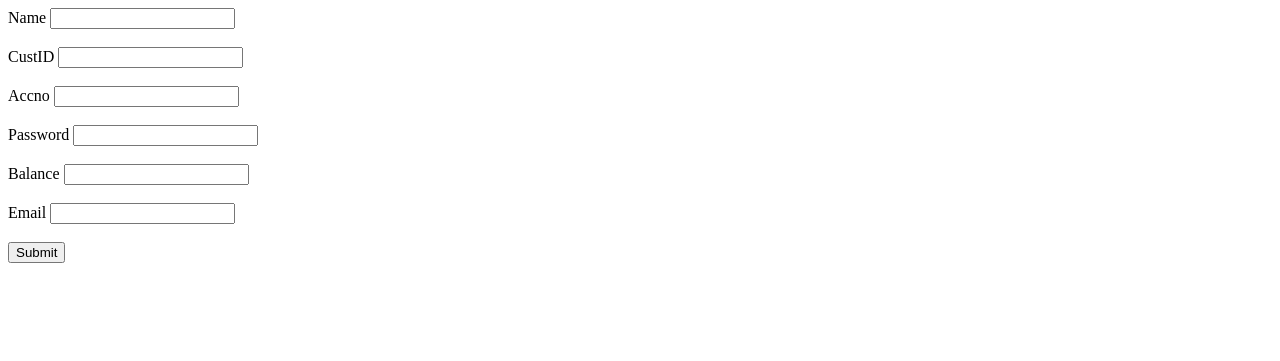
Repository: KGDarshan/BankApplication
Page: CaravanBanking/WebContent/Register.html
The author's editor kept a copy of each file at every save. The page is drawn from the files as they stood at one save, then again after the next save.
The browser window is 1280 px wide. The pictures show the whole page.

Above is the page before, as saved 2020-10-09 03:09:42.

### CaravanBanking/WebContent/Register.html
<!DOCTYPE html>
<html>
<head>
<meta charset="ISO-8859-1">
<title>Insert title here</title>
</head>
<body>
	<form action="Register">
		<label>Name</label>
		<input type="text" name="name"><br><br>

		<label>CustID</label>
		<input type="text" name="custid"><br><br>

		<label>Accno</label>
		<input type="text" name="accno"><br><br>

		<label>Password</label>
		<input type="text" name="pwd"><br><br>

		<label>Balance</label>
		<input type="text" name="bal"><br><br>

		<label>Email</label>
		<input type="text" name="email"><br><br>

		<input type="submit">
	</form>
</body>
</html>

After the next save:
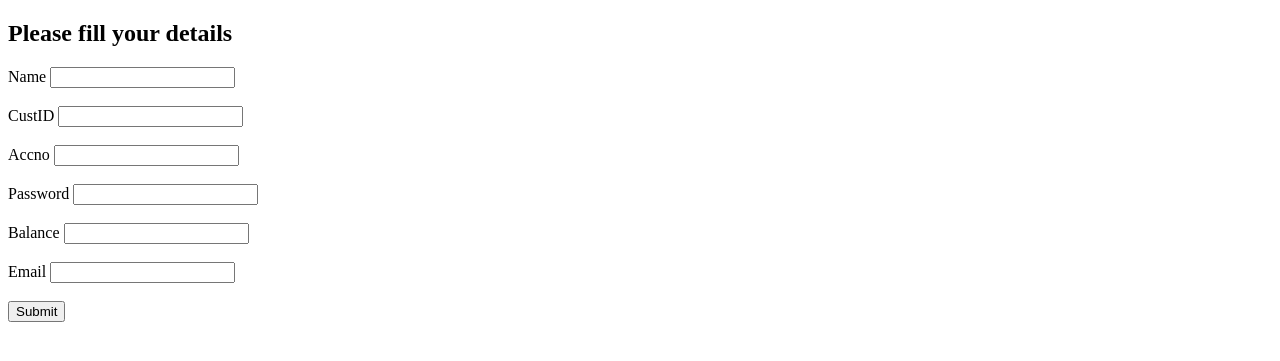
Saved 40 s later.
--- a/CaravanBanking/WebContent/Register.html
+++ b/CaravanBanking/WebContent/Register.html
@@ -5,6 +5,7 @@
 <title>Insert title here</title>
 </head>
 <body>
+   <h2>Please fill your details</h2>
 	<form action="Register">
 		<label>Name</label>
 		<input type="text" name="name"><br><br>
